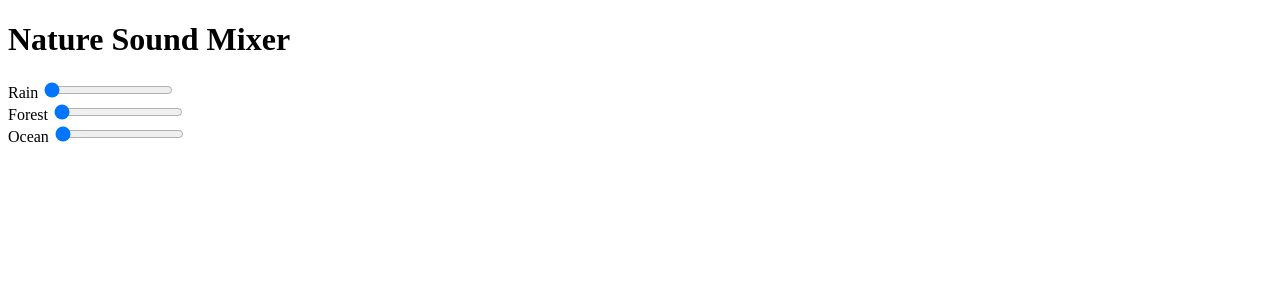
Repository: Suonii/nature-sound-mixer
Page: index.html
An editor plug-in stored every save of this project. The page is shown before and after a run of saves, followed by the edit.
The browser window is 1280 px wide. The pictures show the whole page.

Above is the page before, as saved 2024-07-24 09:52:00.

After the next 6 saves:
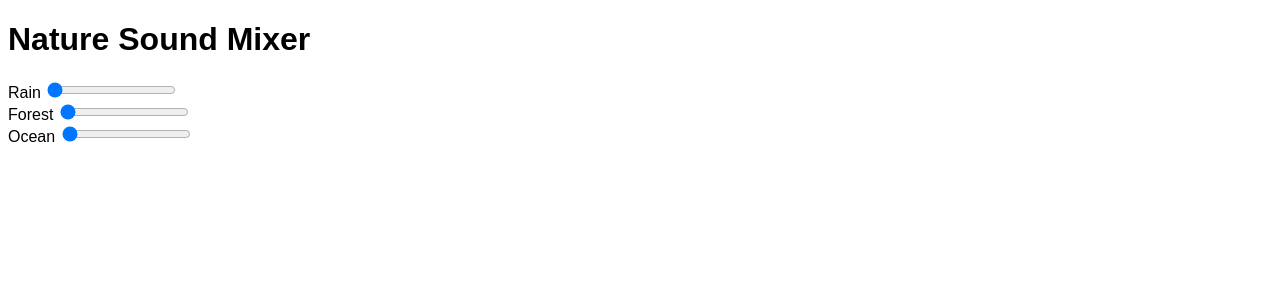
The 6 saves are shown as one change because they came seconds apart.
The last was saved 17 s later.
--- a/styles.css
+++ b/styles.css
@@ -1,5 +1,5 @@
 /*basic styling for the body element*/
 body {
     /*sets the font family for the body text*/
-
+    font-family: Arial, san
 }
